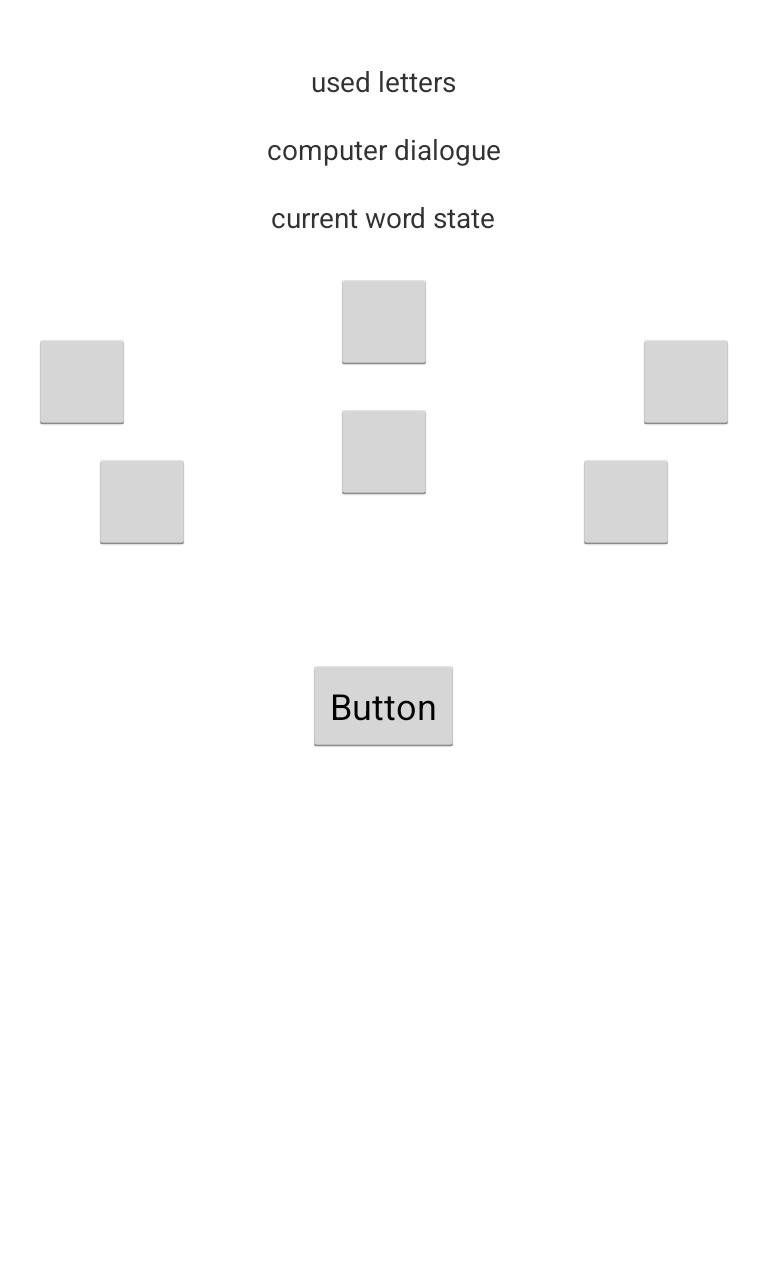
Repository: svandenhout/EvilSpaceMonsterHangman
Layout: evilSpaceMonsterHangman/res/layout/activity_main.xml
These files come from the project's save history. The layout is drawn as it stood at one moment and after the next save; the edit follows.
It is drawn on a 768 x 1280 px phone screen (xhdpi) without system bars, with theme AppTheme; the app's code is not run.

Above is the layout before, as saved 2013-12-16 18:32:38.

### evilSpaceMonsterHangman/res/layout/activity_main.xml
<RelativeLayout xmlns:android="http://schemas.android.com/apk/res/android"
              xmlns:tools="http://schemas.android.com/tools"
              android:layout_width="match_parent"
              android:layout_height="match_parent"
              android:paddingLeft="@dimen/activity_horizontal_margin"
              android:paddingRight="@dimen/activity_horizontal_margin"
              android:paddingTop="@dimen/activity_vertical_margin"
              android:paddingBottom="@dimen/activity_vertical_margin"
              tools:context=".MainActivity"
              android:orientation="vertical">

    <TextView
            android:id="@+id/usedLetters"
            android:layout_width="wrap_content"
            android:layout_height="wrap_content"
            android:text="@string/used_letters"
            android:layout_centerHorizontal="true"
            android:layout_marginTop="15dp"/>

    <TextView
            android:id="@+id/computerDialogue"
            android:layout_width="wrap_content"
            android:layout_height="wrap_content"
            android:layout_centerHorizontal="true"
            android:text="@string/computer_dialogue"
            android:layout_below="@+id/usedLetters"
            android:layout_marginTop="15dp"/>

    <TextView
            android:id="@+id/currentWordState"
            android:layout_width="wrap_content"
            android:layout_height="wrap_content"
            android:layout_below="@id/computerDialogue"
            android:text="@string/current_word_state"
            android:layout_centerHorizontal="true"
            android:layout_marginTop="15dp"/>

    <Button
        android:id="@+id/eye_6"
        android:layout_width="50dp"
        android:layout_height="50dp"
        android:layout_alignParentLeft="true"
        android:layout_marginTop="150dp"
        android:onClick="eyePress" />

    <Button
        android:id="@+id/eye_2"
        android:layout_width="50dp"
        android:layout_height="50dp"
        android:layout_marginTop="150dp"
        android:layout_alignParentRight="true"
        android:onClick="eyePress" />

    <Button
        android:id="@+id/eye_5"
        android:layout_width="50dp"
        android:layout_height="50dp"
        android:layout_alignLeft="@+id/eye_6"
        android:layout_below="@+id/eye_6"
        android:layout_marginLeft="30dp"
        android:layout_marginTop="10dp"
        android:onClick="eyePress" />

    <Button
        android:id="@+id/eye_3"
        android:layout_width="50dp"
        android:layout_height="50dp"
        android:layout_centerHorizontal="true"
        android:layout_marginTop="120dp"
        android:onClick="eyePress" />

    <Button
        android:id="@+id/eye_1"
        android:layout_width="50dp"
        android:layout_height="50dp"
        android:layout_alignRight="@+id/eye_2"
        android:layout_below="@+id/eye_2"
        android:layout_marginRight="30dp"
        android:layout_marginTop="10dp"
        android:onClick="eyePress" />

    <Button
        android:id="@+id/eye_4"
        android:layout_width="50dp"
        android:layout_height="50dp"
        android:layout_below="@+id/eye_3"
        android:layout_centerHorizontal="true"
        android:layout_marginTop="15dp"
        android:onClick="eyePress" />

    <Button
        android:id="@+id/button1"
        android:layout_width="wrap_content"
        android:layout_height="wrap_content"
        android:layout_centerHorizontal="true"

        android:layout_below="@+id/eye_1"
        android:layout_marginTop="53dp"
        android:text="Button" />

</RelativeLayout>

### evilSpaceMonsterHangman/res/values/strings.xml
<?xml version="1.0" encoding="utf-8"?>
<resources>

    <string name="app_name" >Hangman
    </string>

    <!-- settings & preferences -->
    <string name="hi_scores" >hi-scores
    </string>
    <string name="settings" >settings
    </string>
    <string name="reset" >reset game
    </string>

    <string name="title_user_name" >user name
    </string>
    <string name="title_word_length">word length
    </string>
    <string name="title_amount_of_turns">amount of turns
    </string>
    <string name="title_evil_mode">Evil Mode
    </string>

    <string name="summary_user_name">set your user name here
    </string>
    <string name="summary_word_length">set the length of the words that you want to use
    </string>
    <string name="summary_amount_of_turns">set the amount of turns until you lose
    </string>
    <string name="summary_evil_mode">Start playing Evil Mode, You will not win
    </string>

    <string name="dialog_user_name" >user name:
    </string>
    <string name="dialog_word_length">word length:
    </string>
    <string name="dialog_amount_of_turns">amount of turns:
    </string>
    <string name="dialog_evil_mode">Evil Mode?
    </string>


    <!-- game ui -->
    <string name="current_word" >current word
    </string>
    <string name="current_word_state" >current word state
    </string>
    <string name="used_letters" >used letters
    </string>
    <string name="computer_dialogue">computer dialogue</string>
    <string name="button_text">a</string>

    <!-- game states -->
    <string name="game_won">game won
    </string>
    <string name="game_lost">game lost
    </string>

    <!-- computer monologue -->
    <string name="cmonologue_start">Pick a letter to start playing</string>
    <string name="cmonologue_used">This letter has already been used, try again</string>
    <string name="cmonologue_invalid">WHAT THE HELL IS THAT!?, try another one</string>
    <string name="cmonologue_wrong">Wrong guess, pick again</string>
    <string name="cmonologue_correct">Lucky, why don\'t you try again?</string>
    <string name="cmonologue_won">:((</string>
    <string name="cmonologue_lost">:-)</string>
</resources>

Loaded but not shown: evilSpaceMonsterHangman/res/values/styles.xml (common file); evilSpaceMonsterHangman/res/values-v11/styles.xml (common file); evilSpaceMonsterHangman/res/values-v14/styles.xml (common file); evilSpaceMonsterHangman/res/values/dimens.xml (common file)

After the next save:
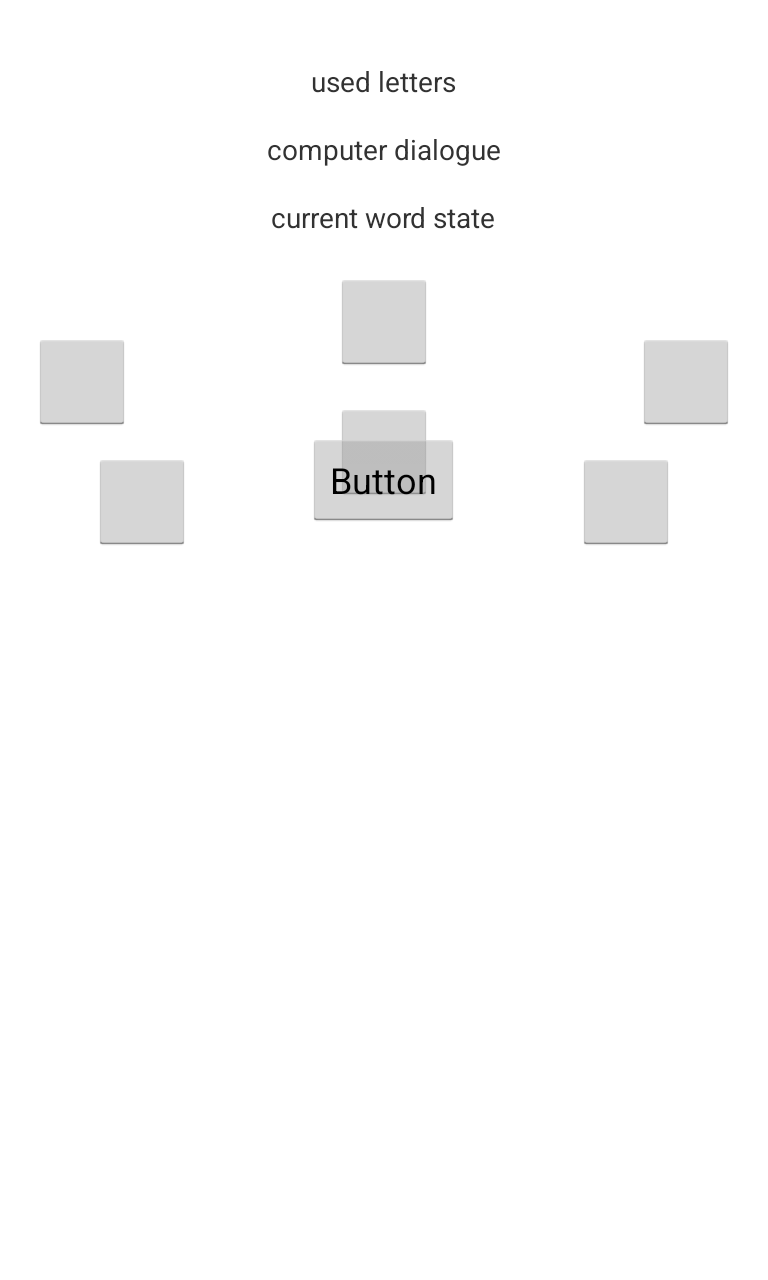
Saved 6 s later.
--- a/evilSpaceMonsterHangman/res/layout/activity_main.xml
+++ b/evilSpaceMonsterHangman/res/layout/activity_main.xml
@@ -94,8 +94,8 @@
         android:layout_height="wrap_content"
         android:layout_centerHorizontal="true"
 
-        android:layout_below="@+id/eye_1"
-        android:layout_marginTop="53dp"
+
+        android:layout_marginTop="200dp"
         android:text="Button" />
 
 </RelativeLayout>
